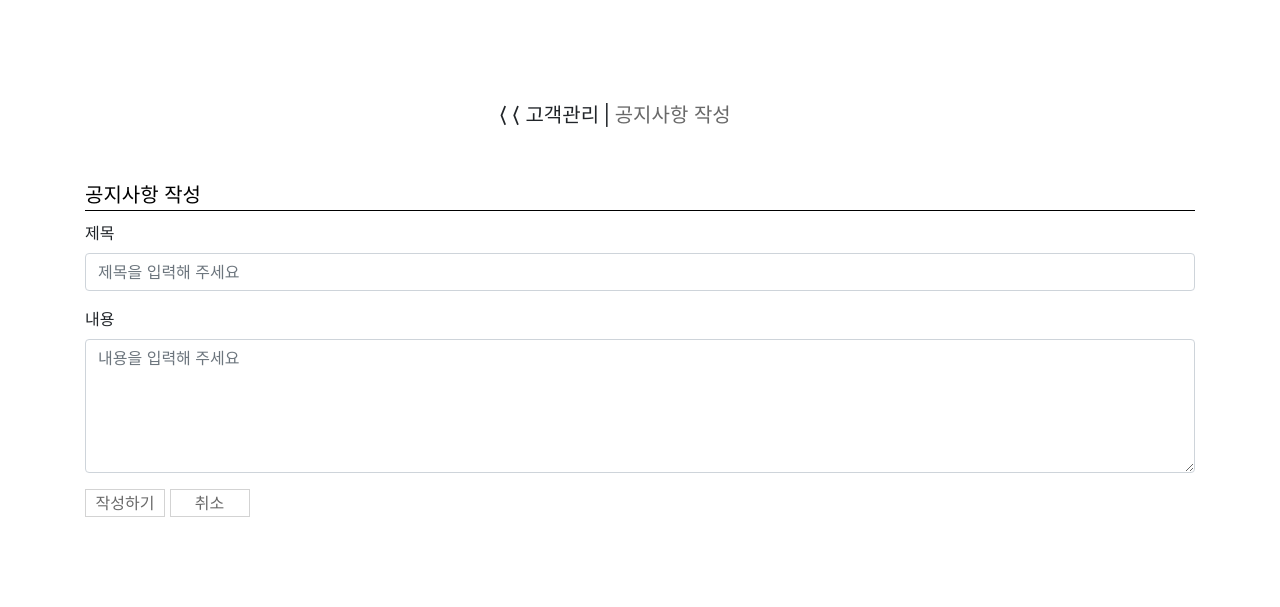
Repository: mcw9503/PassionForFashion
Page: Semi_Project/src/main/webapp/WEB-INF/createBoard.html
An editor plug-in stored every save of this project. The page is shown before and after the next save, followed by the edit.
The browser window is 1280 px wide. The pictures show the whole page.
Some web libraries are served in a nearby version.

Above is the page before, as saved 2023-05-07 11:34:37.

### Semi_Project/src/main/webapp/WEB-INF/createBoard.html
<!DOCTYPE html>
<html>
<head>
<meta charset="UTF-8">
<title>Insert title here</title>
<link href="https://fonts.googleapis.com/earlyaccess/notosanskr.css"
	rel="stylesheet">
<link rel="stylesheet" href="https://stackpath.bootstrapcdn.com/bootstrap/4.2.1/css/bootstrap.min.css"
	  integrity="sha384-GJzZqFGwb1QTTN6wy59ffF1BuGJpLSa9DkKMp0DgiMDm4iYMj70gZWKYbI706tWS"
	  crossorigin="anonymous">
</head>


<style>

body {

  padding-top: 70px;
  padding-bottom: 30px;

}

.button {
	color: dimgray;
	background:white;
	border: 1px solid lightgray;
	margin-bottom: 10px;
	width: 80px;

}

.button:hover{
	color: white;
	background:black;
	border: 0.5px solid black;
}

.button:active{
	color: white;
	background:black;
	border: 0.5px solid black;
}
</style>


<body>

	<article>

		<div style="display:inline-block; margin-left: 500px; margin-bottom: 50px; margin-top: 30px; font-size: 20px;">&lang; &lang; 고객관리 </div>

			<span style="font-size: 20px;">|</span>

	 <span style="color:dimgray;font-size: 20px;">  공지사항 작성</span>

		<div class="container" role="main">

			<div style="font-weight: 200; border-bottom: 1px solid black; color: black; margin-bottom: 10px; font-size: 20px;">공지사항 작성</div>

			<form name="form" id="form" role="form" method="post" action="${pageContext.request.contextPath}/board/saveBoard">

				<div class="mb-3">

					<label for="title">제목</label>

					<input type="text" class="form-control" name="title" id="title" placeholder="제목을 입력해 주세요">

				</div>

				<div class="mb-3">

					<label for="content">내용</label>

					<textarea class="form-control" rows="5" name="content" id="content" placeholder="내용을 입력해 주세요" ></textarea>

				</div>


			</form>

			<div >

				<button type="button" class="button" id="Save">작성하기</button>

				<button type="button" class="button" id="btnList">취소</button>

			</div>

		</div>

	</article>

</body>

</html>

After the next save:
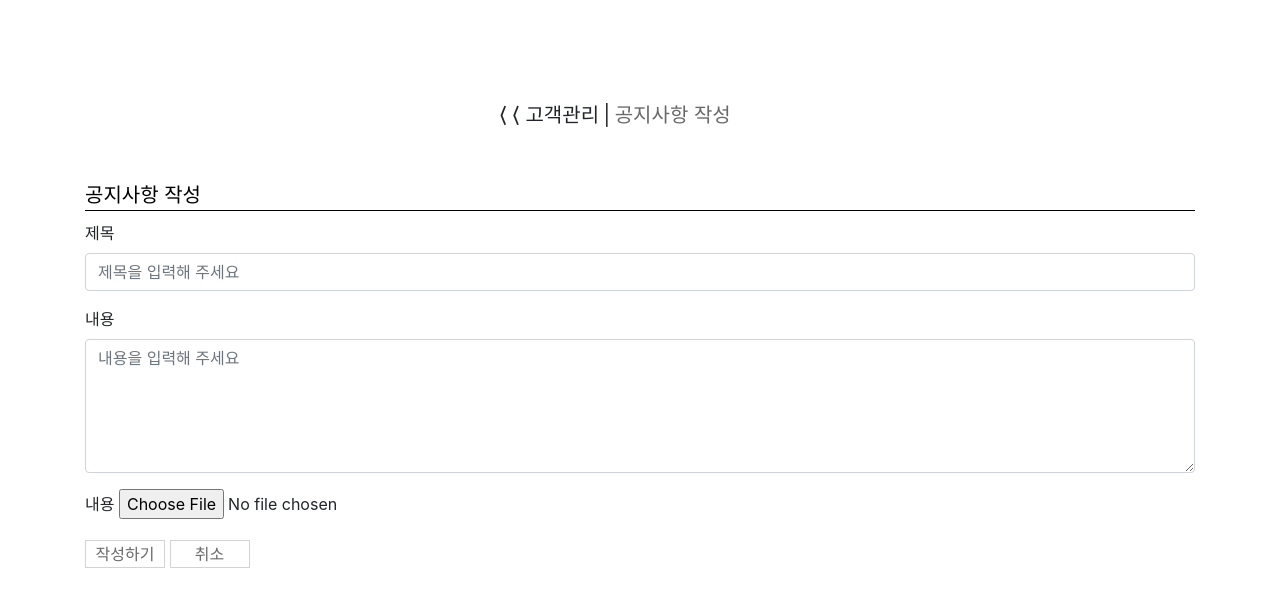
Saved 73 s later.
--- a/Semi_Project/src/main/webapp/WEB-INF/createBoard.html
+++ b/Semi_Project/src/main/webapp/WEB-INF/createBoard.html
@@ -75,6 +75,13 @@ body {
 
 				</div>
 
+				<div class="mb-3">
+
+					<label for="content">내용</label>
+
+					<input type="file">
+
+				</div>
 
 			</form>
 
